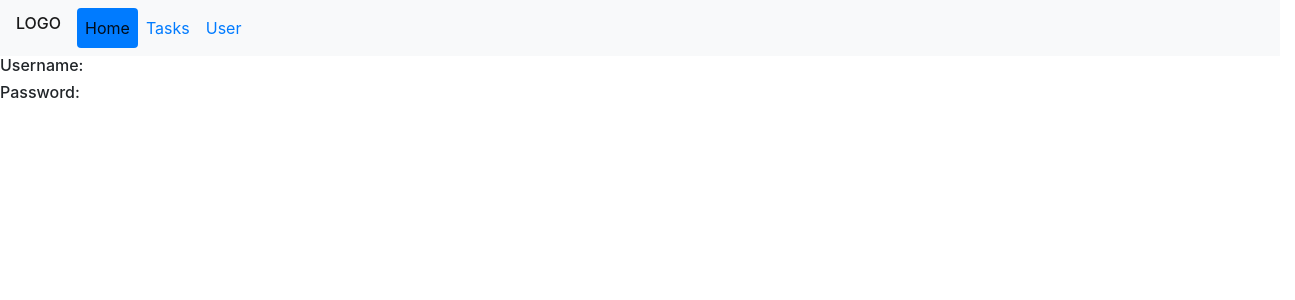
Repository: lalji-yadav/Nimapinfotech-demo-project
Page: /user
An editor plug-in stored every save of this project. The page is shown before and after the next save, followed by the edit.
The browser window is 1280 px wide. The page is 1295 px wide, then 1280 px, so the pictures cover 1295 px, including what lies to the right of the window. The pictures show the whole page.
The project was rebuilt for these pictures with package versions that can differ from the ones it lists, and the page was loaded fresh each time. Also part of the build but not shown: src/components/Home.js, src/components/Tasks.js, src/components/Login.js.

Above is the page before, as saved 2021-01-17 19:10:34.

After the next save:
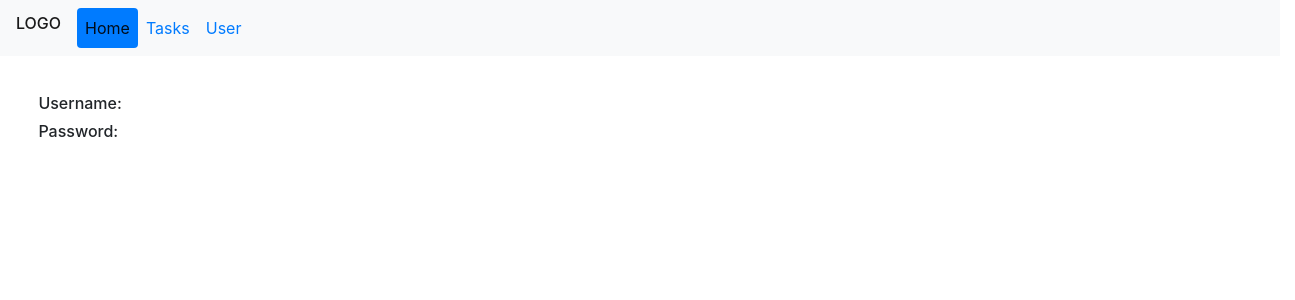
Saved 32 s later.
--- a/src/components/Users.js
+++ b/src/components/Users.js
@@ -3,8 +3,8 @@ import React from 'react';
 const User=()=> {
 
         return (
-            <div>
-                <div className="row">
+            <div style={{padding:"3%"}}>
+                <div className="row" c>
                     <div className="col-sm-5">
                         <h6>Username:</h6> <span> </span>
                         <h6>Password:</h6> <span> </span>
